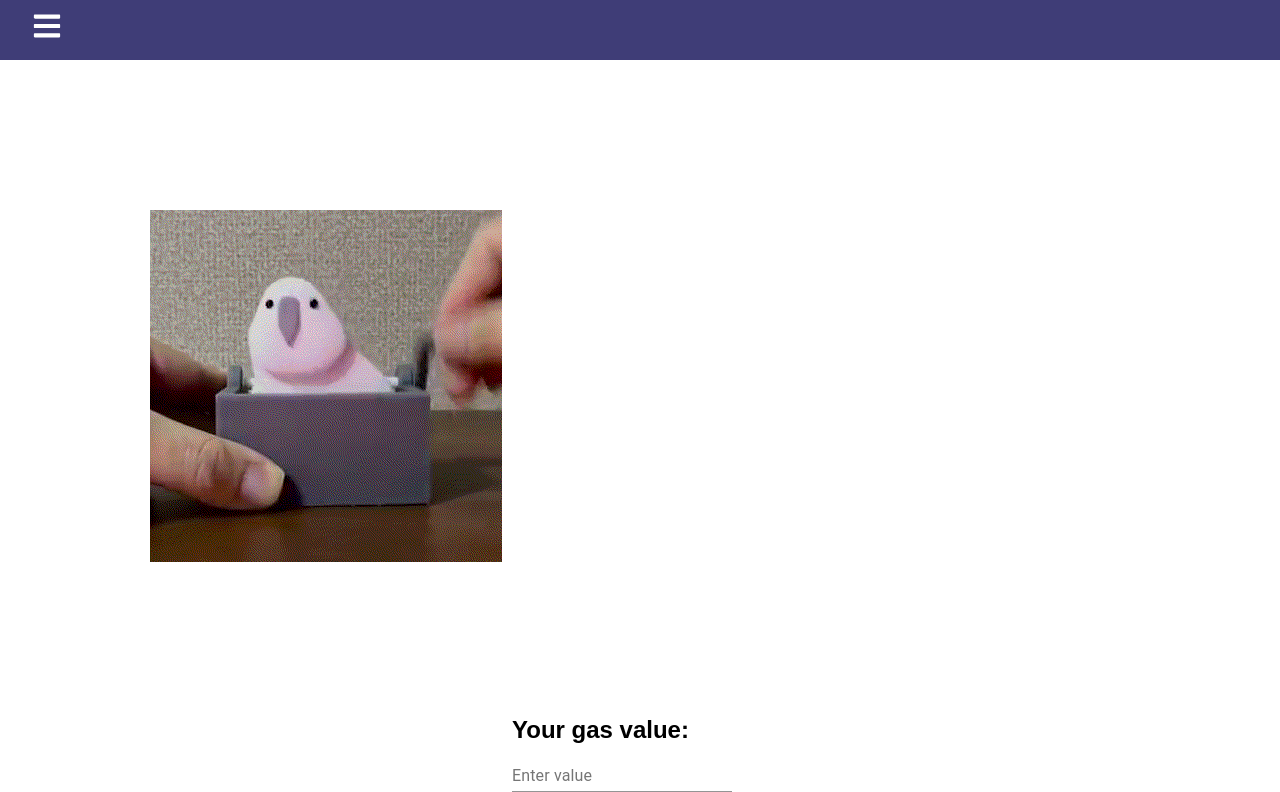
Repository: dcutalo/GasPal
Page: / (app in client/)
An editor plug-in stored every save of this project. The page is shown before and after the next save, followed by the edit.
The browser window is 1280 px wide. The pictures show the whole page.
Some web fonts or font styles are not loaded; a fallback is used. The project was rebuilt for these pictures with package versions that can differ from the ones it lists, and the page was loaded fresh each time. Also part of the build but not shown: client/src/pages/triphistory.js, client/src/pages/gasefficiencyreports.js, client/src/pages/userprofile.js.

Above is the page before, as saved 2021-10-08 09:58:45.

After the next save:
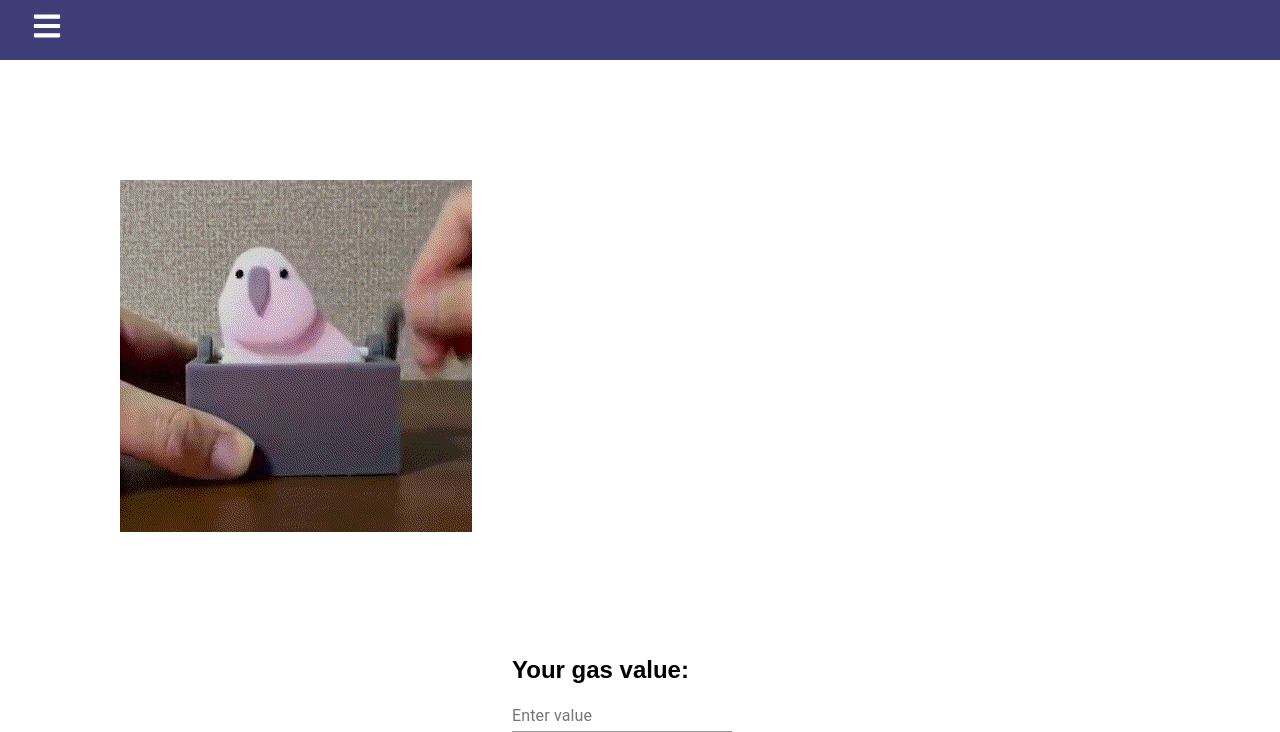
Saved 9 s later.
--- a/client/src/pages/home.js
+++ b/client/src/pages/home.js
@@ -8,7 +8,7 @@ const Home = () => {
 
   return (
     <div>
-    <img src={gif} style={{padding: 150, justifyContent: 'center',alignItems: 'center'}}/>
+    <img src={gif} style={{padding: 120, justifyContent: 'center',alignItems: 'center'}}/>
 
     <div
           style={{ marginLeft: "40%",}}
